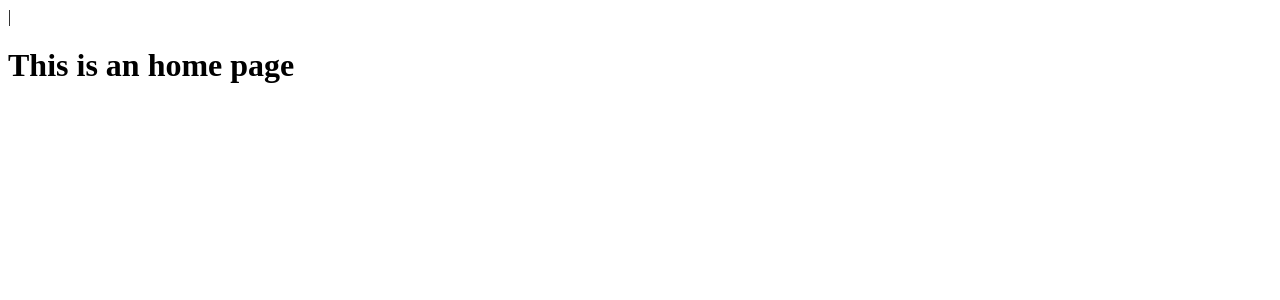
Repository: MDZZ-LBJ/vue-router
Page: /
The author's editor kept a copy of each file at every save. The page is drawn from the files as they stood at one save, then again after the next save.
The browser window is 1280 px wide. The pictures show the whole page.
The project was rebuilt for these pictures with package versions that can differ from the ones it lists, and the page was loaded fresh each time. Also part of the build but not shown: src/views/About.vue, src/views/A.vue, src/views/B.vue.

Above is the page before, as saved 2020-12-14 18:36:24.

### src/main.js
import Vue from 'vue'
import App from './App.vue'
import router from './router'

Vue.config.productionTip = false

new Vue({
  name: 'root',
  router,
  render: function (h) { return h(App) }
}).$mount('#app')

### src/App.vue
<template>
  <div id="app">
    <div id="nav">
      <router-link to="/">Home</router-link> |
      <router-link to="/about">About</router-link>
    </div>
    <router-view />
  </div>
</template>

<script>
export default {
  name: "App",
};
</script>

### src/router/index.js
import Vue from "vue";
import VueRouter from "@/my-router";
import Home from "../views/Home.vue";
import About from "../views/About.vue";
import A from "../views/A.vue";
import B from "../views/B.vue";

/*
 Vuew.use 原理 内部会调用VueRouter插件的install方法
 传入this即Vue保证 vue-router 用的vue版本和外部一样
 这样vue-router内部就不用依赖vue，用户在使用vue-router
 时就不用 import vue form 'vue'

 Vue.use = function (plugin, options) {
  plugin.install(this) // this -> Vue
 }

*/

Vue.use(VueRouter);

const routes = [
  {
    path: "/",
    name: "Home",
    component: Home,
  },
  {
    path: "/about",
    name: "About",
    component: About,
    children: [
      {
        path: "a",
        component: A
      },
      {
        path: "b",
        component: B
      },
    ],
  },
];

const router = new VueRouter({
  mode: "hash",
  base: process.env.BASE_URL,
  routes,
});

export default router;

### src/my-router/index.js
import { install, _Vue } from './install'
import createMatcher from './create-matcher'
import HasHistory from './history/hash'
import Html5History from './history/html5'

class VueRouter {
    constructor(options) {
        this.mode = options.mode
        // 创建一个匹配器(核心：1.路由匹配组件 2.动态添加)
        this.matcher = createMatcher(options.routes || [])
        switch (this.mode) {
            // this 是router实例
            case 'hash':
                this.history = new HasHistory(this)
                break;
            case 'history':
                this.history = new Html5History(this)
                break;
        }
        console.log(this.history)
    }
    match(location) {
        return this.matcher.match(location)
    }
    push(location) {
        this.history.push(location)
    }
    init(app) { // 路由的初始化
        /*
        根据路径跳转对应的组件
           跳转的方法transitionTo是共享的 所以放在Base中
           获取路径 和 监控路径变化 hash和html5不一样 所以分别定义
        */
        const history = this.history
        const setupListener = () => { // 监控路径变化
            history.setupListener()
        }
        history.transitionTo(history.getCurrentLocation(), setupListener)
        history.listen((route) => {
            app._route = route
        })
    }
}

VueRouter.install = install

export default VueRouter

### src/views/Home.vue
<template>
  <div class="home">
    <h1>This is an home page</h1>
  </div>
</template>
<script>
export default {
  name: "Home",
};
</script>

### src/my-router/install.js
import RouterLink from './components/router-link'
import RouterView from './components/router-view'
let _Vue;

// 只是将这个router实例挂载到每个组件上
const install = function (Vue) {
    _Vue = Vue;
    /*
      。所有组件在初始化的时候 都会调用 Vue.extend 方法 会将根组件上的
        options(mian.js 中的new Vue里面的)混合在一起
      。install 的作用就是将routers实例共享给每个组件
        把所有的方法都和组件初始化的时候混合
    */
    Vue.mixin({
        beforeCreate() {
            // console.log(this.$options.name)
            // 区分父子关系 先找到父亲 儿子找父亲的属性 孙子找父亲的
            if (this.$options.router) { // 判断是不是在根上
                this._routerRoot = this //将根实例放到 _routerRoot 上
                this._router = this.$options.router // mian.js 中的router实例
                this._router.init(this) // 只会执行一次router初始化
                Vue.util.defineReactive(this, '_route', this._router.history.current) // 变成响应式数据
            } else {
                // 将根属性全部增加到每个组件上的_routerRoot上
                // 所有组件都可以获取_routerRoot._router获取路由实例
                this._routerRoot = this.$parent && this.$parent._routerRoot
            }
        }
    })

    Object.defineProperty(Vue.prototype, '$route', {
        get() {
            return this._routerRoot._route // 所有的属性
        }
    })
    Object.defineProperty(Vue.prototype, '$router', {
        get() {
            return this._routerRoot._router // 所有的方法
        }
    })
    Vue.component('router-link', RouterLink)
    Vue.component('router-view', RouterView)
}

export {
    _Vue,
    install
}

/*
    export let a = 1;
    setInterval(()=> a++ ,1000)
    这样外面 import { a } from './xx.js'
    拿到的a也是一直在变的 因为导出的不是一个引用地址 并且import是动态导入的
    而是一个接口 这就是为什么下面的写法不对

    错误写法 导出的并不是一个对象 是一个接口
    export  {
        a:1,
        b:2
    }

    正确写法：这样写并不是因为简写的原因
        let a = 1;
        let b = 2;
        export {
            a,
            b
        }

    或者
        export default {
            a:1,
            b:2
        }

*/

### src/my-router/create-matcher.js
import createRouteMap from './create-route-map'
import { createRoute } from './history/base'
/*
    matcher 有两个功能
      。添加路由 在原有的路由基础上动态添加路由
      。匹配 根据路由匹配组件
*/
function createMatcher(routes) {

    let { pathMap } = createRouteMap(routes)

    function addRoutes(routes) {
        createRouteMap(routes, pathMap)

    }

    function match(path) {
        let record = pathMap[path]
        return createRoute(record, {
            path
        })
    }

    return {
        addRoutes,
        match,
    }

}
export default createMatcher

### src/my-router/history/hash.js
import Base from './base'

//确保有hash值  '/#'
function ensureSlash() {
    if (window.location.hash) { // 有兼容问题
        return;
    }
    window.location.hash = '/'
}

class Hash extends Base {
    constructor(router) {
        super(router)
        ensureSlash()
    }
    getCurrentLocation() {
        return window.location.hash.slice(1)
    }
    setupListener() {
        // hash 值就是监控hash的变化
        // 初始化后 先根据路径做一次匹配 后续hash值变化再次匹配
        window.addEventListener('hashchange', () => {
            this.transitionTo(this.getCurrentLocation())
        })
    }
    push(location) {
        window.location.hash = location
    }
}

export default Hash

### src/my-router/history/html5.js
import Base from './base'

class Html5 extends Base {
    constructor(router) {
        super(router)
    }
    getCurrentLocation() {
        return window.location.pathname
    }
    setupListener() {
        // popState 监控浏览器路径变化 (前进 后退)
        window.addEventListener('popstate', () => {
            this.transitionTo(this.getCurrentLocation())
        })
    }
    push() {

    }
}

export default Html5

### src/my-router/components/router-link.js
export default {
    name: 'router-link',
    props: {
        to: {
            type: String,
            required: true
        },
        tag: {
            type: String,
            default: 'a',
        }
    },
    render(h) {
        // return h(this.tag, {}, this.$slots.default)
        let tag = this.tag // 渲染成什么标签
        let to = this.to  // 跳转到哪里
        return (
            <tag onClick={
                () => this.$router.push(to)
            }>
                {this.$slots.default} {/* 显示的内容 */}
            </tag>
        )
    }
}

### src/my-router/components/router-view.js
export default {
    functional: true,// 函数式组件 节省性能 缺陷就是没有实例
    name: 'router-view',
    render(h, { data, parent }) {
        // 函数式组件 这里面没有this
        let route = parent.$route;
        let depth = 0
        let records = route.matched
        data.routerView = true // 渲染 router-view 时标记他是一个 routerView
        // 看之前渲染过几个 router-view 先父后子
        while (parent) {
            if (parent.$vnode && parent.$vnode.data.routerView) {
                depth++
            }
            parent = parent.$parent
        }
        let record = records[depth]
        if(record)
        return h(records[depth].component, data)
    }
}

### src/my-router/create-route-map.js
function createRouteMap(routes, oldPathMap) {
    /*
       一个参数时是初始化 2个参数时是动态添加路由
       oldPathMap 动态添加路由时用到
    */
    let pathMap = oldPathMap || Object.create(null)

    routes.forEach(route => {
        addRoutesRecord(route, pathMap)
    });

    console.log(pathMap)

    return {
        pathMap
    }

}

function addRoutesRecord(route, pathMap, parent) {
    // 儿子路径不能以 / 开头 ，否则不拼接 当做一级路由
    let path = parent ? `${parent.path}/${route.path}` : route.path
    let record = { // 有很多属性 这里核心属性是 path component
        path,
        parent,// 父记录
        component: route.component,
        name: route.name,
        props: route.props,
        meta: route.meta
    }
    // 根据路劲匹配记录
    if (!pathMap[path]) {
        pathMap[path] = record
    }
    if (route.children) { // 递归遍历
        route.children.forEach(childRoute => {
            addRoutesRecord(childRoute, pathMap, record)
        });
    }
}


export default createRouteMap

### src/my-router/history/base.js
export function createRoute(record, location) {
    let res = []
    if (record) {
        while (record) {
            res.unshift(record) // 向前添加 先渲染父组件
            record = record.parent
        }
    }
    return {
        ...location,
        matched: res
    }
}

export default class Base {
    constructor(router) {
        this.router = router;
        this.cb = null
        this.current = createRoute(null, {
            path: '/'
        })
    }
    // 根据路径渲染组件 数据变化 想更新视图
    transitionTo(location, onComplete) {
        // 根据跳转的路径获取匹配的记录
        let route = this.router.match(location)
        this.current = route
        this.cb && this.cb(route)
        onComplete && onComplete()
    }
    listen(cb) {
        this.cb = cb
    }
}

Loaded but not shown: public/index.html (common file)

After the next save:
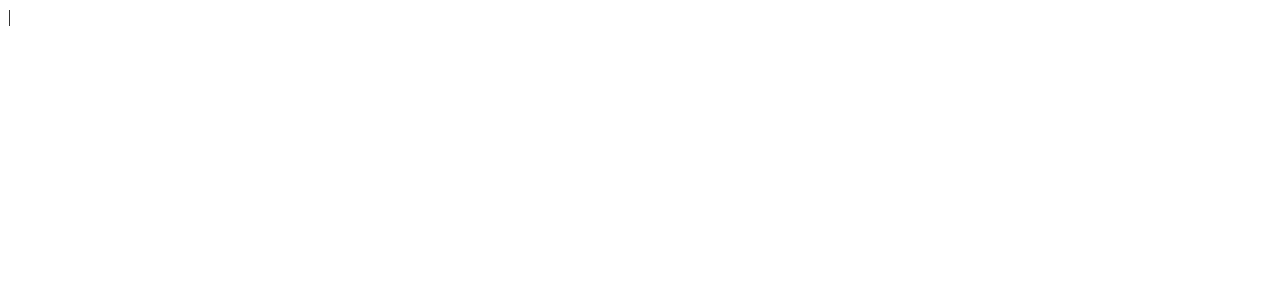
Saved 6 s later.
--- a/src/my-router/components/router-view.js
+++ b/src/my-router/components/router-view.js
@@ -15,7 +15,9 @@
             parent = parent.$parent
         }
         let record = records[depth]
-        if(record)
+        if(record){
+            return
+        }
         return h(records[depth].component, data)
     }
 }

After the 2 saves that followed:
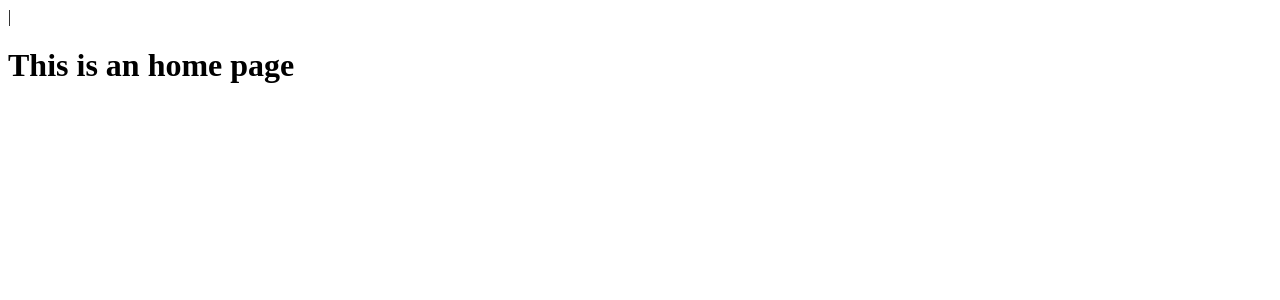
The 2 saves are shown as one change because they came seconds apart.
The last was saved 6 s later.
--- a/src/my-router/components/router-view.js
+++ b/src/my-router/components/router-view.js
@@ -15,8 +15,8 @@
             parent = parent.$parent
         }
         let record = records[depth]
-        if(record){
-            return
+        if(!record){
+            return h()
         }
         return h(records[depth].component, data)
     }
